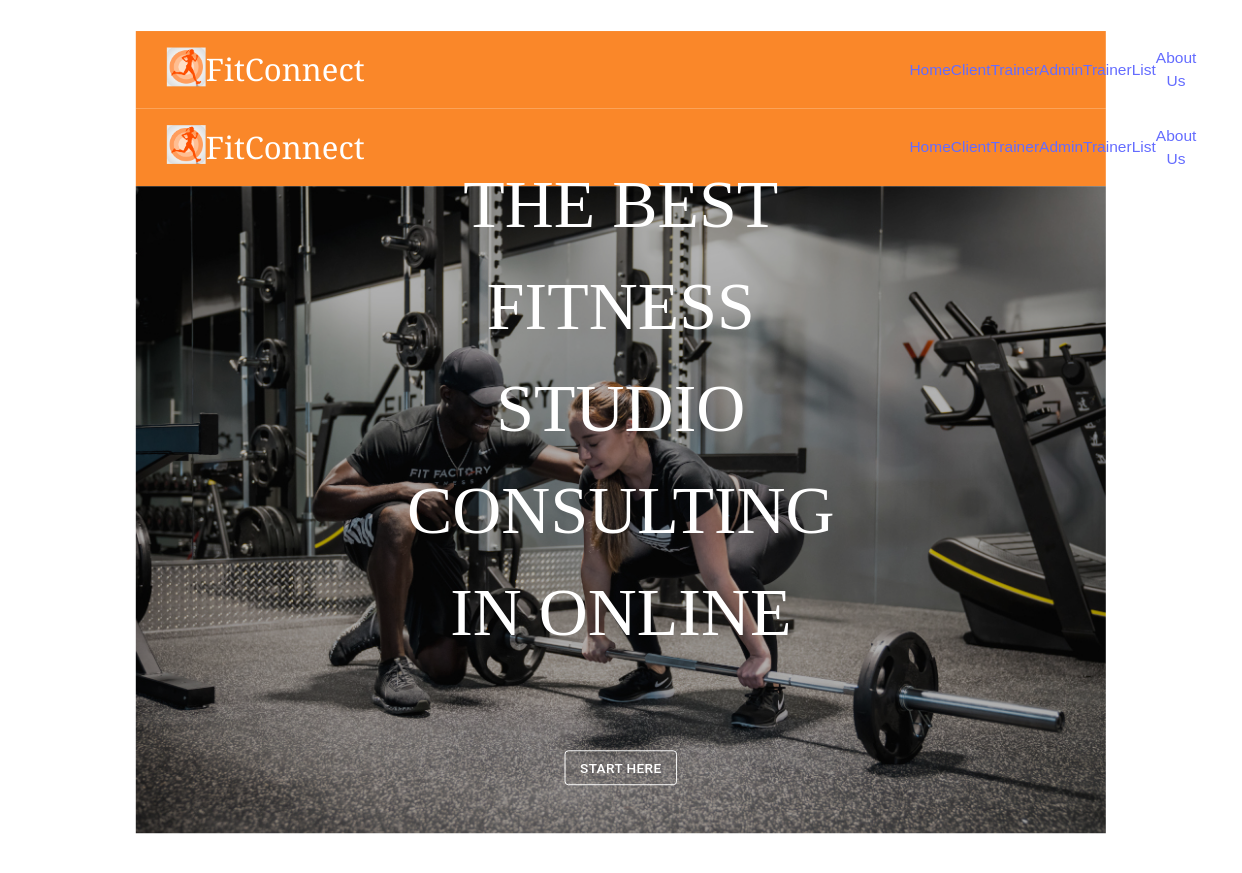
Repository: sarathraj2002/fitconnect
Page: / (app in Frontend/)
The author's editor kept a copy of each file at every save. The page is drawn from the files as they stood at one save, then again after the next save.
The browser window is 1280 px wide. The pictures show the whole page, at 97% of full size.
The project was rebuilt for these pictures with package versions that can differ from the ones it lists, and the page was loaded fresh each time. Also part of the build but not shown: Frontend/vite.config.js, Frontend/src/components/ClientPage.jsx, Frontend/src/components/TrainerPage.jsx, Frontend/src/components/AdminPage.jsx, Frontend/src/components/TrainerListPage.jsx, Frontend/src/components/AboutUs.jsx.

Above is the page before, as saved 2024-11-08 22:10:37.

After the next save:
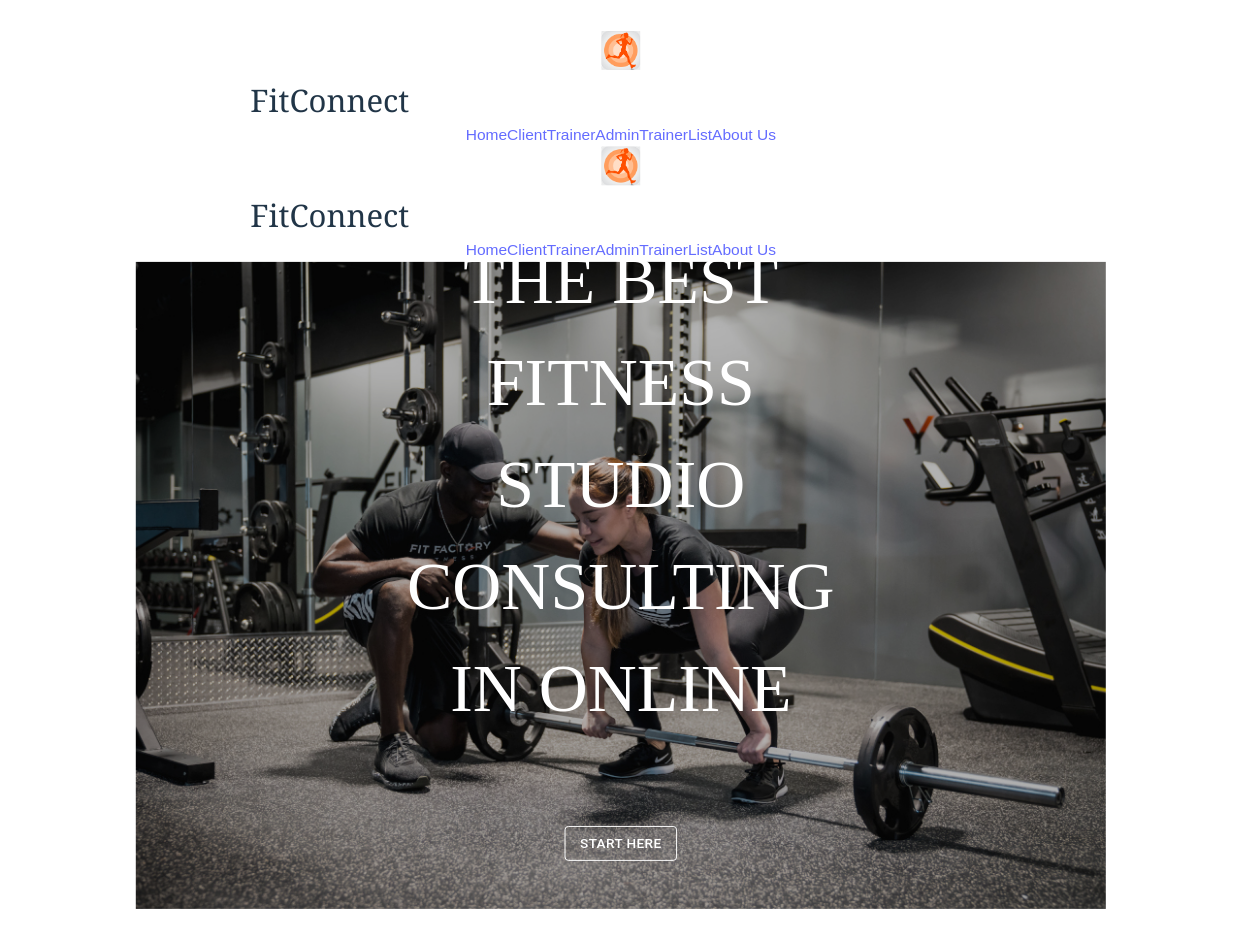
Saved 12 s later.
--- a/Frontend/src/components/Navbar.css
+++ b/Frontend/src/components/Navbar.css
@@ -14,7 +14,7 @@
     font-family: Arial, sans-serif;
   }
 
-  .navbar {
+  /* .navbar {
     display: flex;
     align-items: center;
     justify-content: space-between;
@@ -22,7 +22,7 @@
     padding: 1rem 2rem ;
     color: white;
     position: relative;
-  }
+  } */
 
   .navbar-logo img {
     height: 40px; /* Adjust height as needed */

After the save that followed:
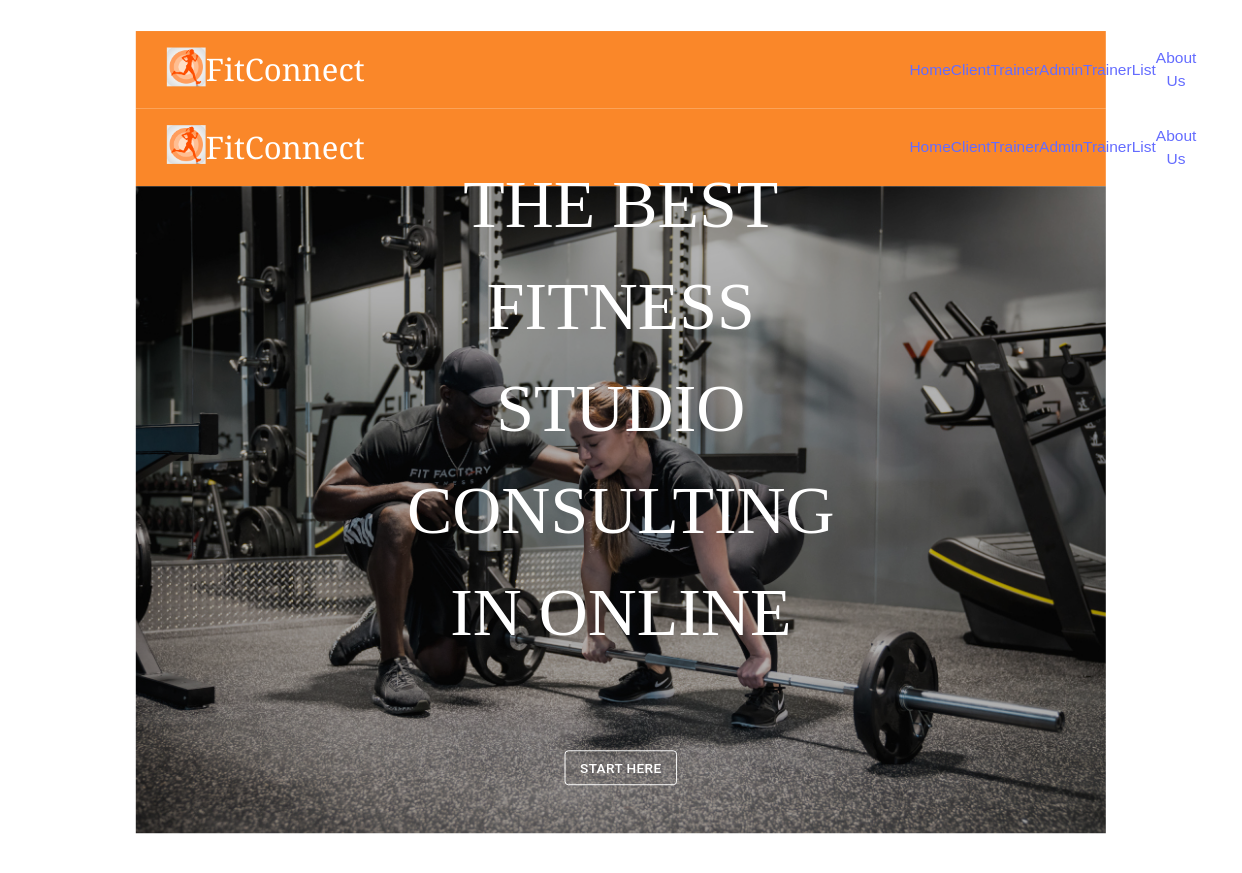
Saved 6 s later.
--- a/Frontend/src/components/Navbar.css
+++ b/Frontend/src/components/Navbar.css
@@ -14,7 +14,7 @@
     font-family: Arial, sans-serif;
   }
 
-  /* .navbar {
+  .navbar {
     display: flex;
     align-items: center;
     justify-content: space-between;
@@ -22,7 +22,7 @@
     padding: 1rem 2rem ;
     color: white;
     position: relative;
-  } */
+  }
 
   .navbar-logo img {
     height: 40px; /* Adjust height as needed */
